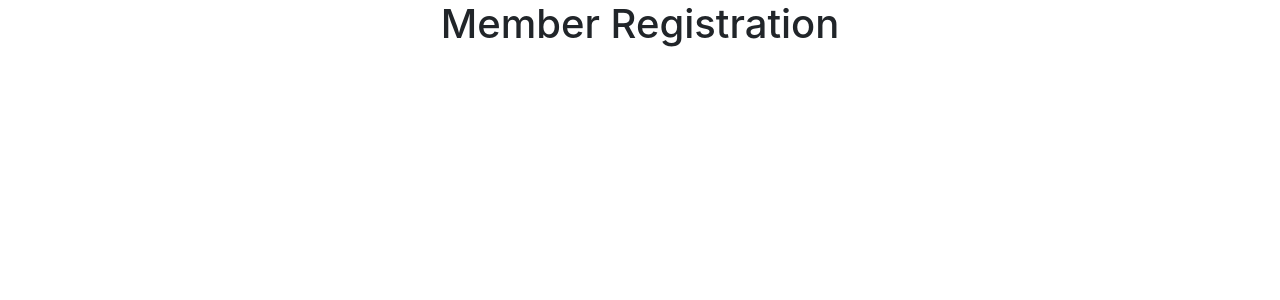
Repository: yeobleeme/06_jsp_basic
Page: http://localhost/jsp02_database/jsp03_dbcp/jsp01_listMember.jsp
These files come from the project's save history. The page is drawn as it stood at one moment and after the next save; the edit follows.
The browser window is 1280 px wide. The pictures show the whole page.
The page is served by Tomcat 9. Other server files are loaded and not shown.

Above is the page before, as saved 2023-05-17 03:04:34.
Console error (its wording comes from the project's code and is left out).

### jsp02_database/WebContent/jsp03_dbcp/jsp01_listMember.jsp
<%@page language="java" contentType="text/html; charset=UTF-8" pageEncoding="UTF-8"%>
<!--
	커넥션풀: Connection Pool

	커넥션풀, 데이터베이스와 커넥션을 사전에 만들어 pool에 저장해 두고
	필요할 때 마다 꺼내서 사용한 후 다시 pool에 반환하는 기법을 말한다.

	커넥션풀의 특징은

	1. 사전에 풀에 Connection이 생성되어 있기 때문에 커넥션을 생성하는 데 필요한 시간을 줄일 수 있다.
	2. Connection을 재사용하기 때문에 생성되는 Connection갯수를 일정하게 관리할 수 있다.
	3. Connection Pool을 사용하게 되면 웹애플리케이션의 성능과 처리성능이 향상된다.
	   때문에 대부분의 웹애플리케이션이 커넥션풀을 기본적으로 사용하고 있다.

	커넥션풀을 사용하는 방법

	1. DBCP 관련 jar파일과 JDBC 관련 jar파일을 설치
	  a. Commons DBCP API (commons-dbcp2-2.9.0.jar, common-pool2-2.11.1.jar, commons-logging-1.2.jar)
	     maven repository에서 다운
	  b. WEB-INF/lib에 복사 (자동으로 add build path)

	2. Connection Pool을 초기화
	  a. DB Initial 클래스 작성 (DBCPInit.java 서블릿프로그램)
	  b. web.xml에 Connection Pool 관련 태그 설정 (myPoolName)

	3. Connection Pool에서 Connection을 사용
	  a. jdbc:apache:commons:dbcp:커넥션이름
	  b. 커넥션이름 = myPoolName
-->
<!DOCTYPE html>
<html>
<head>
	<meta charset="UTF-8">
	<meta name="viewport" content="width=device-width, initial-scale=1, minimum-scale=1, maximum-scale=1">
  	<link href="https://cdn.jsdelivr.net/npm/bootstrap@4.5.2/dist/css/bootstrap.min.css" rel="stylesheet">
  	<script src="https://cdn.jsdelivr.net/npm/bootstrap@4.5.2/dist/js/bootstrap.bundle.min.js"></script>
	<title>Insert title here</title>
</head>
<body>
	<div class="container" align="center">
		<h1>Member Registration</h1>
		<div class="row"></div>
	</div>
</body>
</html>

After the next save:
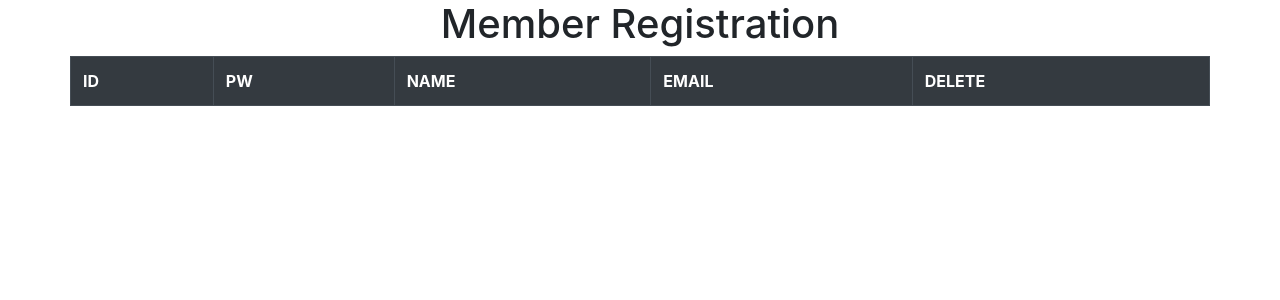
Saved 52 s later.
--- a/jsp02_database/WebContent/jsp03_dbcp/jsp01_listMember.jsp
+++ b/jsp02_database/WebContent/jsp03_dbcp/jsp01_listMember.jsp
@@ -39,7 +39,17 @@
 <body>
 	<div class="container" align="center">
 		<h1>Member Registration</h1>
-		<div class="row"></div>
+		<div class="row">
+			<table class="table table-bordered table-dark table-hover">
+				<tr>
+					<th>ID</th>
+					<th>PW</th>
+					<th>NAME</th>
+					<th>EMAIL</th>
+					<th>DELETE</th>
+				</tr>
+			</table>
+		</div>
 	</div>
 </body>
 </html>
